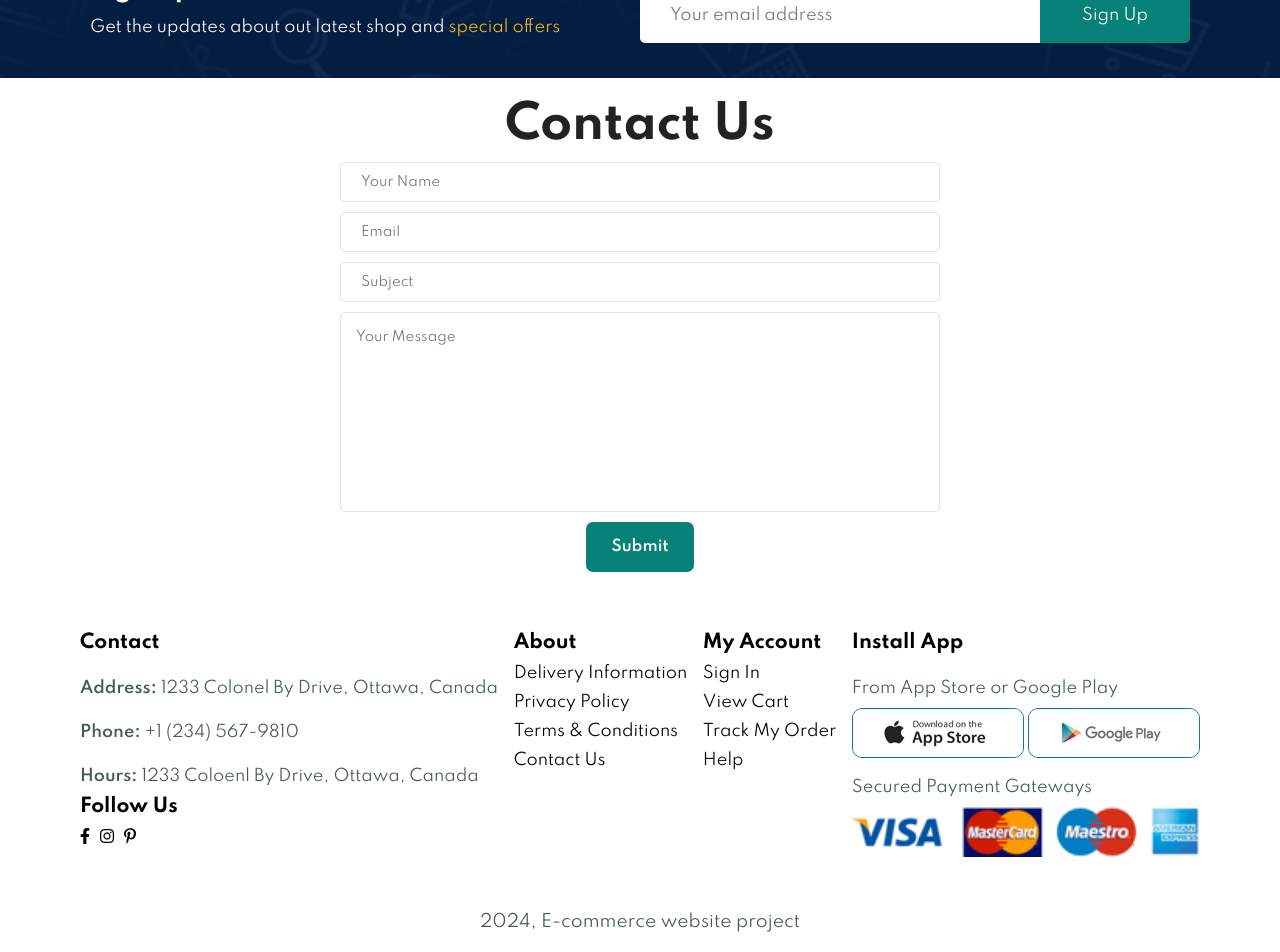
Repository: Daryllgio/E-Commerce-Website-UI
Page: contact.html
An editor plug-in stored every save of this project. The page is shown before and after the next save, followed by the edit.
The browser window is 1280 px wide. The pictures show the part of the page from y = 978 to 1930 px (the page is 1930 px tall before and 1510 px after).
Some web libraries are served in a nearby version.

Above is the page before, as saved 2025-01-02 00:32:56.

After the next save:
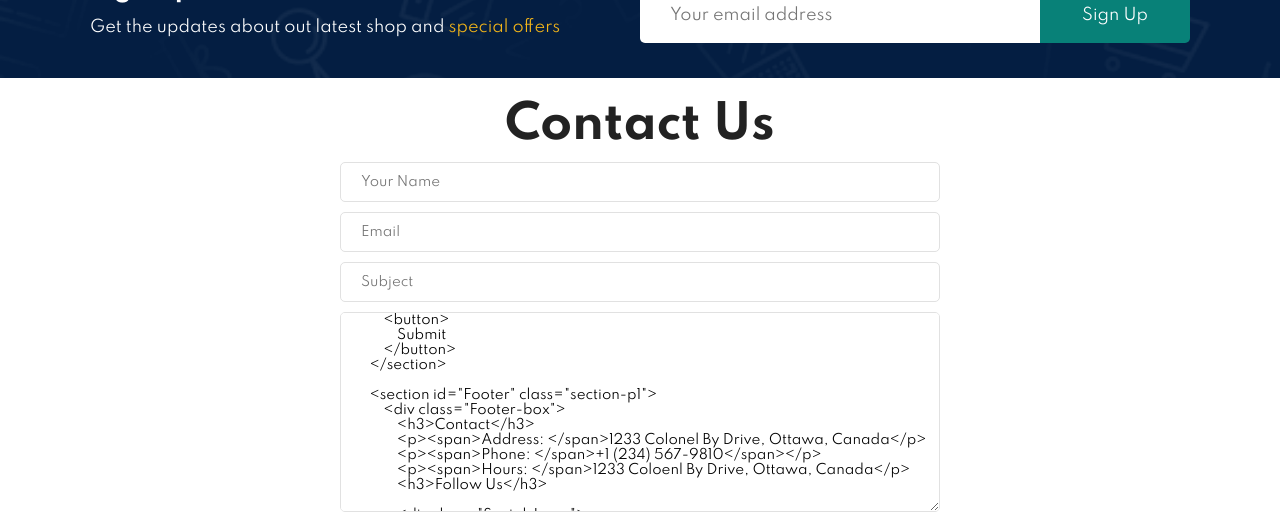
Saved 3 min 3 s later.
--- a/contact.html
+++ b/contact.html
@@ -105,7 +105,7 @@
         <input type="text" placeholder="Your Name" class="Input-Box" />
         <input type="text" placeholder="Email" class="Input-Box" />
         <input type="text" placeholder="Subject" class="Input-Box" />
-        <input type="text" placeholder="Your Message" class="Input-Message-Box" />
+        <textarea type="text" placeholder="Your Message" class="Input-Message-Box" />
         <button>
             Submit
         </button>

After the save that followed:
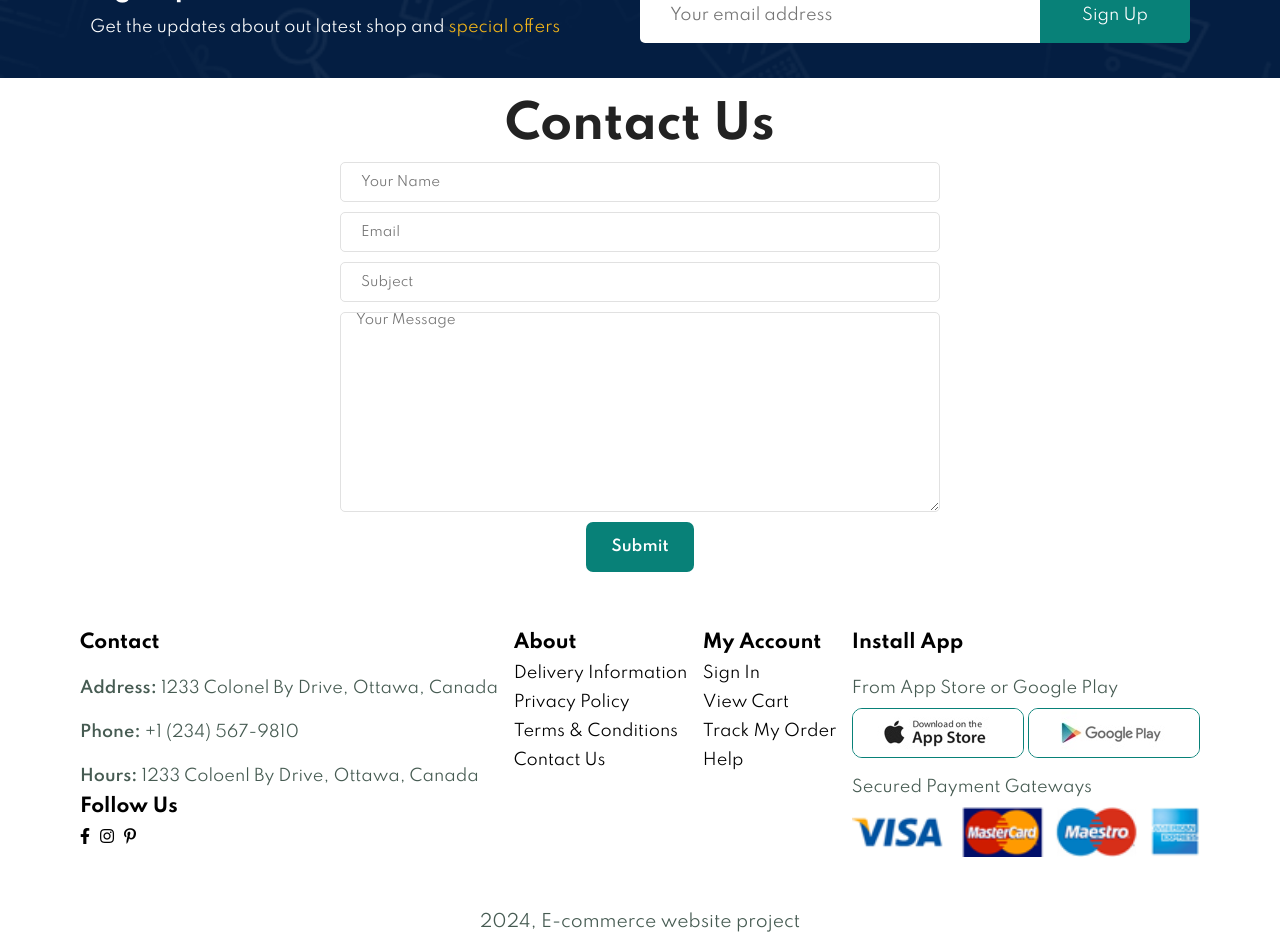
Saved 3 min 8 s later.
--- a/contact.html
+++ b/contact.html
@@ -105,7 +105,7 @@
         <input type="text" placeholder="Your Name" class="Input-Box" />
         <input type="text" placeholder="Email" class="Input-Box" />
         <input type="text" placeholder="Subject" class="Input-Box" />
-        <textarea type="text" placeholder="Your Message" class="Input-Message-Box" />
+        <textarea type="text" placeholder="Your Message" class="Input-Message-Box"></textarea>
         <button>
             Submit
         </button>
